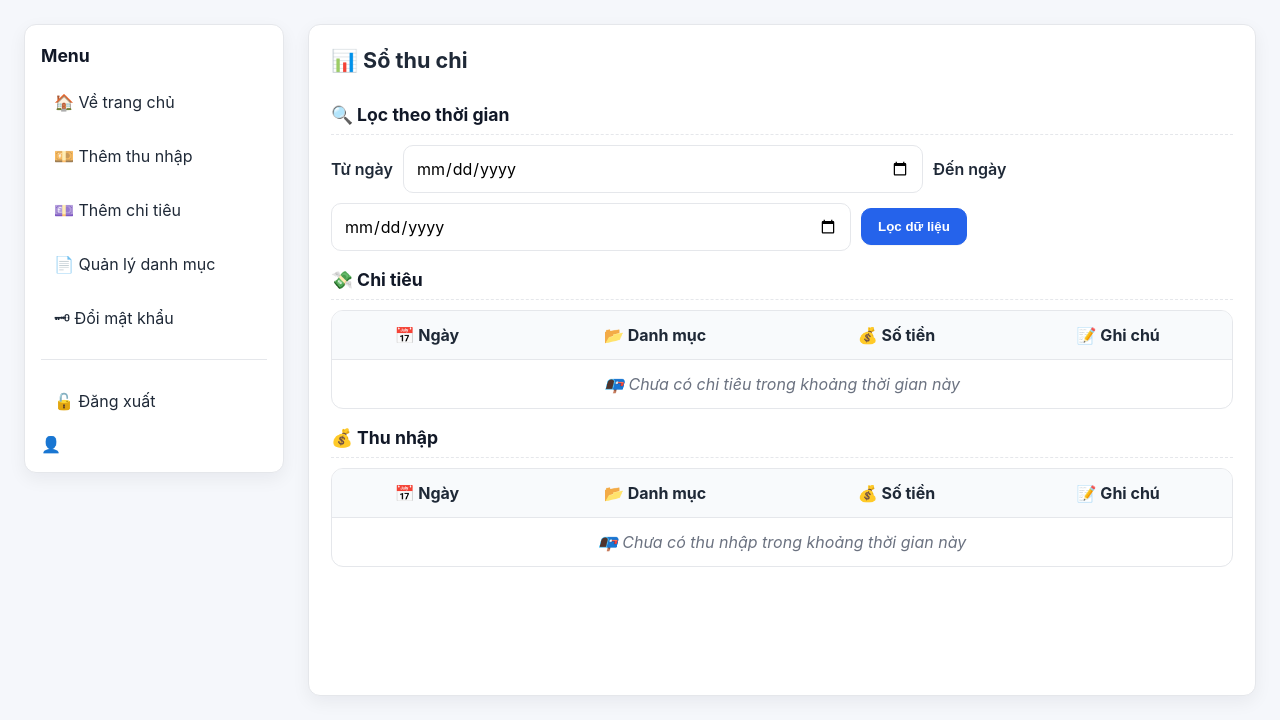
Repository: minhtvpy00202-git/KyThuatPhanMem_PY00202_MinhTV
Page: http://localhost/MiniExpense/WEB-INF/views/home.jsp
An editor plug-in stored every save of this project. The page is shown before and after the next save, followed by the edit.
The browser window is 1280 px wide. The pictures show the whole page.
The page is served by Tomcat 10. Nobody is signed in. The template is opened directly, without the code that normally fills it, so the values that code supplies are empty.

Above is the page before, as saved 2025-10-17 20:22:06.

After the next save:
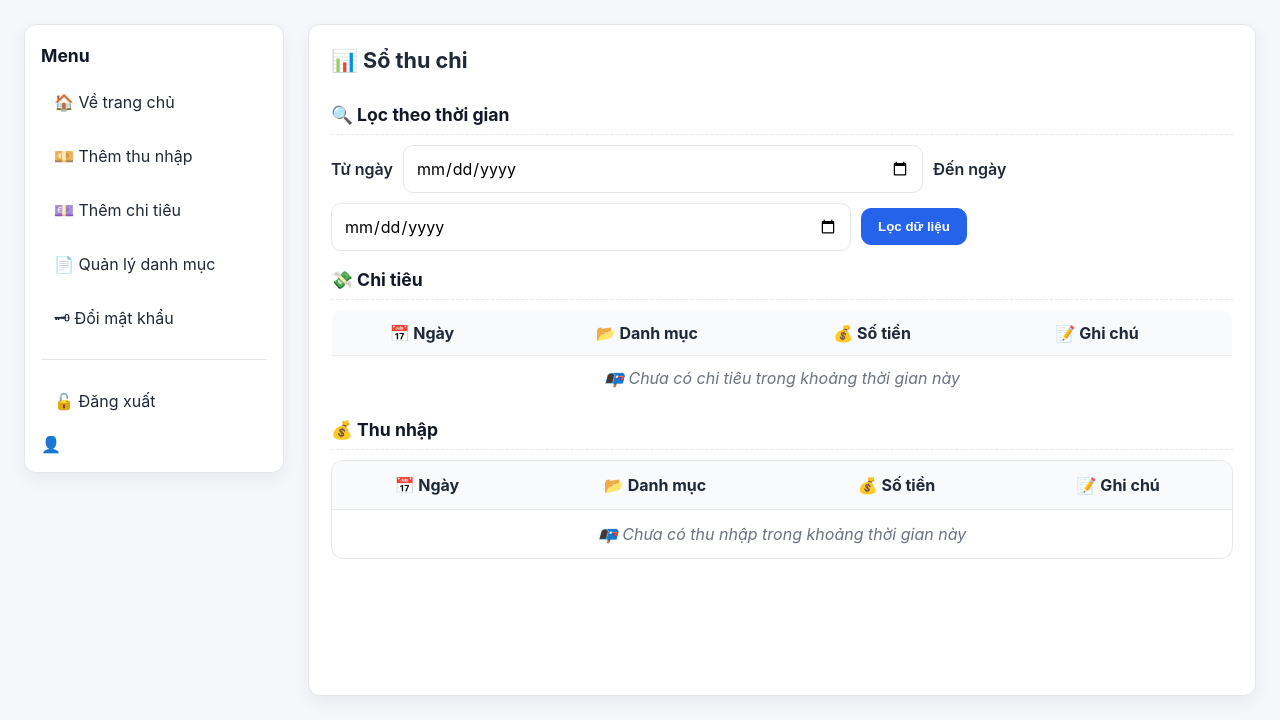
Saved 35 s later.
--- a/Source code/MiniExpense/src/main/webapp/WEB-INF/views/partials/home-body.jsp
+++ b/Source code/MiniExpense/src/main/webapp/WEB-INF/views/partials/home-body.jsp
@@ -24,7 +24,7 @@
 <!-- Chi tiêu -->
 <div class="section">
   <h3>💸 Chi tiêu</h3>
-  <table class="table">
+  <table class="table transaction-table">
     <thead>
       <tr>
         <th>📅 Ngày</th>
